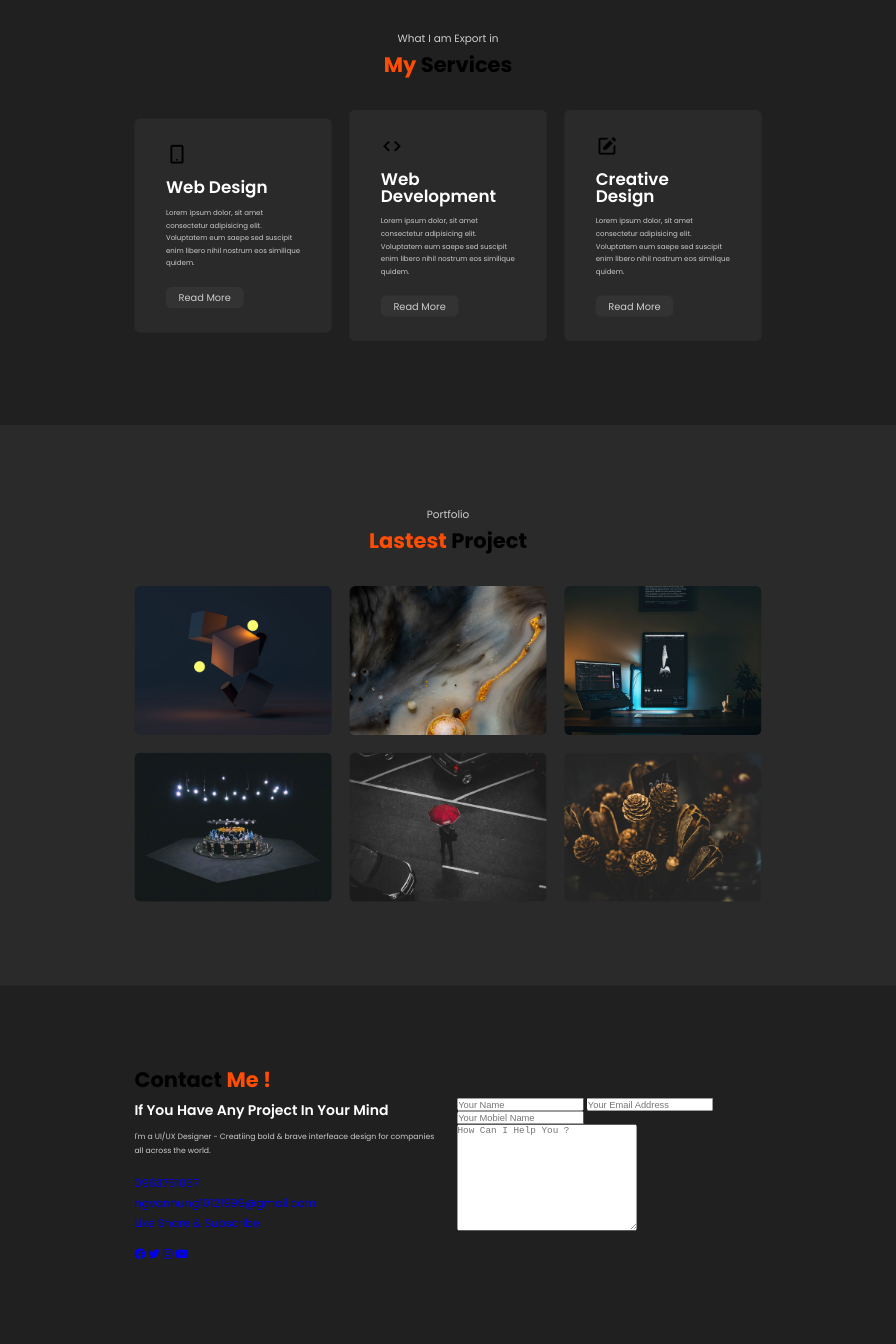
Repository: HungNg99/Protifolio2
Page: Portfolio/index.html
The author's editor kept a copy of each file at every save. The page is drawn from the files as they stood at one save, then again after the next save.
The browser window is 1280 px wide. The pictures show the part of the page from y = 1703 to 3623 px (the page is 3623 px tall before and 3617 px after), at 70% of full size.

Above is the page before, as saved 2022-12-12 15:47:43.

### Portfolio/index.html
<!DOCTYPE html>
<html lang="en">

<head>
    <meta charset="UTF-8">
    <meta http-equiv="X-UA-Compatible" content="IE=edge">
    <meta name="viewport" content="width=device-width, initial-scale=1.0">
    <title>Portfolio</title>
    <link rel="stylesheet" href="./reset.css">
    <link rel="stylesheet" href="./style.css">
    <link rel="stylesheet" href="https://cdnjs.cloudflare.com/ajax/libs/font-awesome/6.2.1/css/all.min.css"
        integrity="sha512-MV7K8+y+gLIBoVD59lQIYicR65iaqukzvf/nwasF0nqhPay5w/9lJmVM2hMDcnK1OnMGCdVK+iQrJ7lzPJQd1w=="
        crossorigin="anonymous" referrerpolicy="no-referrer" />

        <link rel="stylesheet"
        href="https://unpkg.com/boxicons@latest/css/boxicons.min.css">

    <link
        href="https://fonts.googleapis.com/css2?family=Montserrat:wght@800&family=Poppins:ital,wght@0,300;0,400;0,600;0,700;1,600&family=Roboto:wght@300;500&display=swap"
        rel="stylesheet">
</head>

<body>
    <!-- header design-->
    <header>
        <a href="#" class="logo">Cod<span>e</span>r.</a>
        <ul class="nav-list">
            <li><a href="#home" class="nav-link active">
                    Home
                </a></li>
            <li><a href="#about" class="nav-link">
                    About Me
                </a></li>
            <li><a href="#services" class="nav-link">
                    Services
                </a></li>
            <li><a href="#portfolio" class="nav-link">
                    Portfolio
                </a></li>
            <li><a href="#contact" class="nav-link">
                    Contact Me
                </a></li>
        </ul>

        <div class="bx bx-menu" id="menu-icon">
        </div>
    </header>

    <!-- home section design -->
    <section class="home" id="home">
       <div class="home-text">
        <div class="slide">
            <span class="one">Hello</span>
            <span class="two">I'm</span>
        </div>
        <h1>Hung</h1>
        <h3>UI/UX <span>Designer.</span> </h3>
        <p>Lorem ipsum dolor sit amet consectetur adipisicing elit. Quidem fuga tempora reprehenderit ad distinctio commodi ullam suscipit delectus similique nemo.</p>
        <div class="button">
            <a href="#" class="btn">Say Hello</a>
            <a href="#" class="btn2"><span><i class='bx bx-play'></i>Watch My Work</span></a>
        </div>
       </div>
    </section>

    <!-- about section design -->
    <section class="about" id="about">
        <div class="about-img">
            <img src="./img/about.jpg" alt="">
        </div>
        <div class="about-text">
            <h2>About <span>Me</span></h2>
            <h4>Creative UI/UX <span>Designer!</span></h4>
            <p>Lorem ipsum dolor, sit amet consectetur adipisicing elit. Natus amet, animi voluptatem ex perferendis sed eos totam quos, quas molestiae veritatis, at eius iste aut deleniti iure pariatur aspernatur temporibus.</p>
            <a href="#" class="btn">More About</a>
        </div>
    </section>

    <!-- about section design -->
    <section class="services" id="services">
        <div class="main-text">
            <p>What I am Export in</p>
            <h2><span>My</span> Services</h2>
        </div>

        <div class="services-content">
            <div class="box">
                <div class="s-icons">
                    <i class='bx bx-mobile-alt'></i>
                </div>
                <h3>Web Design</h3>
                <p>Lorem ipsum dolor, sit amet consectetur adipisicing elit. Voluptatem eum saepe sed suscipit enim libero nihil nostrum eos similique quidem.</p>
                <a href="#" class="read">Read More</a>
            </div>
            <div class="box">
                <div class="s-icons">
                    <i class='bx bx-code'></i>
                </div>
                <h3>Web Development</h3>
                <p>Lorem ipsum dolor, sit amet consectetur adipisicing elit. Voluptatem eum saepe sed suscipit enim libero nihil nostrum eos similique quidem.</p>
                <a href="#" class="read">Read More</a>
            </div>
            <div class="box">
                <div class="s-icons">
                    <i class='bx bxs-edit'></i>
                </div>
                <h3>Creative Design</h3>
                <p>Lorem ipsum dolor, sit amet consectetur adipisicing elit. Voluptatem eum saepe sed suscipit enim libero nihil nostrum eos similique quidem.</p>
                <a href="#" class="read">Read More</a>
            </div>
        </div>
    </section>

    <!-- portfolio section design -->
    <section class="portfolio" id="portfolio">
        <div class="main-text">
            <p>Portfolio</p>
            <h2><span>Lastest</span> Project</h2>
        </div>
        <div class="portfolio-content">
            <div class="row">
                <img src="./img/portfolio1.jpg" alt="">
                <div class="layer">
                    <h5>Visual Design</h5>
                    <p>Lorem ipsum, dolor sit amet consectetur adipisicing elit. Dolore mollitia fugit impedit iure. Tempore, adipisci!</p>
                    <a href="#"><i class='bx bx-link'></i></a>
                </div>
            </div>
            <div class="row">
                <img src="./img/portfolio2.jpg" alt="">
                <div class="layer">
                    <h5>Visual Design</h5>
                    <p>Lorem ipsum, dolor sit amet consectetur adipisicing elit. Dolore mollitia fugit impedit iure. Tempore, adipisci!</p>
                    <a href="#"><i class='bx bx-link'></i></a>
                </div>
            </div>
            <div class="row">
                <img src="./img/portfolio3.jpg" alt="">
                <div class="layer">
                    <h5>Visual Design</h5>
                    <p>Lorem ipsum, dolor sit amet consectetur adipisicing elit. Dolore mollitia fugit impedit iure. Tempore, adipisci!</p>
                    <a href="#"><i class='bx bx-link'></i></a>
                </div>
            </div>
            <div class="row">
                <img src="./img/portfolio4.jpg" alt="">
                <div class="layer">
                    <h5>Visual Design</h5>
                    <p>Lorem ipsum, dolor sit amet consectetur adipisicing elit. Dolore mollitia fugit impedit iure. Tempore, adipisci!</p>
                    <a href="#"><i class='bx bx-link'></i></a>
                </div>
            </div>
            <div class="row">
                <img src="./img/portfolio5.jpg" alt="">
                <div class="layer">
                    <h5>Visual Design</h5>
                    <p>Lorem ipsum, dolor sit amet consectetur adipisicing elit. Dolore mollitia fugit impedit iure. Tempore, adipisci!</p>
                    <a href="#"><i class='bx bx-link'></i></a>
                </div>
            </div>
            <div class="row">
                <img src="./img/portfolio6.jpg" alt="">
                <div class="layer">
                    <h5>Visual Design</h5>
                    <p>Lorem ipsum, dolor sit amet consectetur adipisicing elit. Dolore mollitia fugit impedit iure. Tempore, adipisci!</p>
                    <a href="#"><i class='bx bx-link'></i></a>
                </div>
            </div>
        </div>
    </section>

    <!-- contact section design -->
    <section class="contact" id="contact">
        <div class="contact-text">
            <h2>Contact <span>Me !</span> </h2>
            <h4>If You Have Any Project In Your Mind</h4>
            <p>I'm a UI/UX Designer - Creatiing bold & brave interfeace design for companies all across the world.</p>
            <div class="list">
                <li><a href="#">0963751057</a></li>
                <li><a href="#">ngvanhung10121999@gmail.com</a></li>
                <li><a href="#">Like Share & Subscribe</a></li>
            </div>

            <div class="contact-icons">
                <a href="#"><i class="fa-brands fa-facebook"></i></a>
                <a href="#"><i class="fa-brands fa-twitter"></i></a>
                <a href="#"><i class="fa-brands fa-instagram"></i></a>
                <a href="#"><i class="fa-brands fa-youtube"></i></a>
            </div>
        </div>

            <div class="contact-form">
                <form action="">
                    <input type="name" placeholder="Your Name">
                    <input type="email" placeholder="Your Email Address">
                    <input type="number" placeholder="Your Mobiel Name">
                    <textarea name="" id="" cols="30" rows="10" placeholder="How Can I Help You ?"></textarea>
                </form>
            </div>
        </div>

    </section>
    <script src="./scripts.js"></script>
</body>

</html>

### Portfolio/reset.css
html {
    box-sizing: border-box;
  }
  * {
    margin: 0;
    padding: 0;
  }
  *,
  *:before,
  *:after {
    box-sizing: border-box;
  }
  input,
  textarea,
  select,
  button {
    outline: none;
  }
  input {
    line-height: normal;
  }
  label,
  button {
    cursor: pointer;
  }
  a {
    text-decoration: none;
  }
  img {
    display: block;
    max-width: 100%;
  }
  *,
  *:before,
  *:after {
    box-sizing: border-box;
  }
  /* using rem unit */
  html {
    font-size: 62.5%;
  }
  a {
    text-decoration: none;
  }
  img {
    display: block;
    max-width: 100%;
  }
  body {
    font-family: "Poppins", sans-serif;
    font-size: 16px;
    line-height: 1;
    list-style: none;
    scroll-behavior: smooth;
    /* height: 200vh; */
  }

### Portfolio/style.css
body{
    background-color: var(--bg-color);
}
:root {
    --bg-color: #2a2a2a;
    --second-bg-color: #202020;
    --text-color: #fff;
    --second-color: #ccc;
    --main-color: #ff4d05;
    --big-font: 5rem;
    --h2-font: 3rem;
    --p-font: 1.1rem;
}

header {
    position: fixed;
    width: 100%;
    top: 0;
    right: 0;
    z-index: 1000;
    background: transparent;
    padding: 22px 15%;
    border-bottom: 1px solid transparent;
    transition: all 0.45s ease;
    display: flex;
    justify-content: space-between;
    align-items: center;
}

.logo {
    color: var(--text-color);
    font-size: 35px;
    font-weight: 700;
    letter-spacing: 1px;
}

span {
    color: var(--main-color);
}

.nav-list {
    display: flex;
    list-style: none;
}

.nav-list .nav-link {
    color: var(--second-color);
    margin: 0 15px;
    font-size: 17px;
    font-weight: 500;
    transition: all 0.45s ease;
}

.nav-list .nav-link:hover {
    color: var(--main-color);
}

.nav-list .nav-link.active {
    color: var(--main-color);
}

#menu-icon {
    color: var(--text-color);
    font-size: 35px;
    z-index: 10001;
    cursor: pointer;
    margin-left: 25px;
    display: none;

}

section {
    padding: 120px 15% 120px;
}

.home {
    position: relative;
    background-image: url(./img/background.jpg);
    background-repeat: no-repeat;
    background-position: center;
    background-size: cover;
    height: 120vh;
    width: 100%;
    display: flex;
    align-items: center;
    justify-content: flex-start;
}

.slide {
    margin-bottom: 30px;
}

.one {
    display: inline-block;
    margin-right: 15px;
    height: 32px;
    padding: 0 15px;
    line-height: 32px;
    font-size: 20px;
    font-weight: 500;
    border-radius: 5px;
    background-color: var(--main-color);
    color: var(--text-color);
}

.two {
    display: inline-block;
    color: var(--second-color);
    font-size: 20px;
    font-weight: 500;
}
.home-text h1 {
    font-size: var(--big-font);
    font-weight: 700;
    color: var(--text-color);
    line-height:1.1;
    margin: 0 0 8px;
}
.home-text h3{
    color: var(--text-color);
    margin: 0 0 35px;
    font-size: 3rem;
    font-weight: 700;
    line-height:1.1;
}
.home-text p{
    color: var(--text-color);
    font-size: var(--p-font);
    line-height:1.8;
    margin-bottom: 40px;
}
.button{
    display:flex;
    align-items: center;
    justify-content: flex-start;
}
.btn{
    display: inline-block;
    padding: 12px 28px;
    background: var(--main-color);
    border-radius: 5px;
    color: var(--text-color);
    font-size:1rem;
    letter-spacing: 1px;
    font-weight: 600;
    transition: all 0.45s ease;
}
.btn:hover{
    transform: scale(1.1);
}
.btn2{
    display: inline-flex;
    align-items: center;
    justify-content: center;
    font-size: 15px;
    font-weight:600;
    color: var(--text-color);
    margin-left: 35px;
}
.btn2 span{
    display: inline-flex;
    align-items: center;
    justify-content: center;
}
.btn2 span i{
    margin-right: 12px;
    height: 50px;
    width: 50px;
    border-radius: 50%;
    display: flex;
    align-items: center;
    justify-content: center;
    transition: all 0.45s ease;
    background-color: var(--main-color);
    color: var(--text-color);
}
.btn2 span i:hover{
    transform: scale(1.1);
}
header.sticky{
    background-color: var(--bg-color);
    border-bottom: 1px solid #ffffff1a;
    padding: 12px 15%;
}

.about{
    display: grid;
    grid-template-columns: repeat(2,1fr);
    align-items: center;
    gap: 8rem;
}


.about-img img{
  max-width: 530px;
  height: auto;
  width: 100%;
  border-radius: 8px;
}
.about-text span {
    color: var(--main-color);
}
.about-text h2{
  font-size: var(--h2-font);
  line-height:1;
  color: var(--text-color);
}
.about-text h4{
   font-size: 24px;
   font-weight:600;
   color: var(--text-color);
   line-height:1;
   margin: 15px 0px 30px;
}
.about-text p {
   color: var(--second-color);
   font-size: var(--p-font);
   line-height:1.8;
   margin-bottom: 4rem;
}
.services{

    background-color: var(--second-bg-color);
}
.main-text{
    text-align: center;
}
.main-text p{
    color: var(--second-color);
    font-size: 15px;
    margin-bottom: 15px;
}
.main-text h2{
    font-size:var(--h2-font);
    line-height:1;
}
.services-content{
    display: grid;
    grid-template-columns: repeat(3,1fr);
    align-items: center;
    gap: 2.5rem;
    margin-top: 5rem;
}
.box{
    background-color: var(--bg-color);
    border-radius:8px;
    padding: 35px 45px;
    transition: all 0.45s ease;
}
.s-icons i{
    font-size:32px;
    margin-bottom: 20px;
}
.box h3{
    font-size:24px;
    font-weight:600;
    color: var(--text-color);
    margin-bottom: 15px;
}
.box p{
    font-size:1rem;
    line-height:1.8;
    color: var(--second-color);
    margin-bottom: 25px;
}
.read{
    display: inline-block;
    padding: 8px 18px;
    background: #333333;
    color: var(--second-color);
    font-size:14px;
    font-weight:500;
    border-radius:8px;
    transition: all 0.45s ease;
}
.read:hover{
    letter-spacing: 1px;
    background-color: #ffffff99;
    color: var(--text-color);
}
.box:hover{
    transform: translateY(-8px);
    cursor: pointer;
}
.portfolio-content{
    display: grid;
    grid-template-columns: repeat(3,1fr);
    gap: 2.5rem;
    margin-top: 5rem;
    align-items: center;
}
.row{
    position: relative;
    overflow: hidden;
    border-radius: 8px;
    cursor: pointer;
}
.row img{
    width: 100%;
    border-radius: 8px;
    display: block;
    transition: transform 0.45s;
}
.layer{
    width: 100%;
    /* heigh = 0 khi chưa hover */
    height: 0;
    background: linear-gradient(rgba(0,0,0,0.1),#ff004f);
    position: absolute;
    border-radius: 8px;
    left: 0;
    bottom: 0;
    overflow: hidden;
    display: flex;
    flex-direction: column;
    align-items: center;
    justify-content:center;
    text-align: center;
    padding: 0px 40px;
    transition: height 0.45s;
}
.layer h5{
    font-size: 20px;
    font-weight:600;
    margin-bottom: 15px;
    color: var(--text-color);
}
.layer p{
    color: var(--second-color);
    font-size:1rem;
    line-height:1.8;
}
.layer i{
    color: var(--main-color);
    margin-top: 20px;
    background-color: var(--text-color);
    display:flex;
    justify-content: center;
    align-items: center;
    width: 60px;
    height: 60px;
    border-radius: 50%;
}
.row:hover img{
    transform: scale(1.1);
}
.row:hover .layer{
    height: 100%;
}
.contact{
    display: grid;
    grid-template-columns: repeat(2,1fr);
    align-items: center;
    gap:2.5rem;
    background-color: var(--second-bg-color);
}
.contact-text h4{
    color: var(--text-color);
    margin: 18px 0;
    font-size: 20px;
    font-weight: 600;
}
.contact-text h2{
    font-size: var(--h2-font);
    line-height:1;
}
.contact-text p{
    color: var(--second-color);
    font-size: var(--p-font);
    line-height:1.8;
    margin-bottom: 30px;
}
.list{
    margin-bottom: 2.8rem;
}
.list li{
    margin-bottom: 12px;
}

Loaded but not shown: Portfolio/scripts.js (no copy from this time; the picture is the same without it)

After the next save:
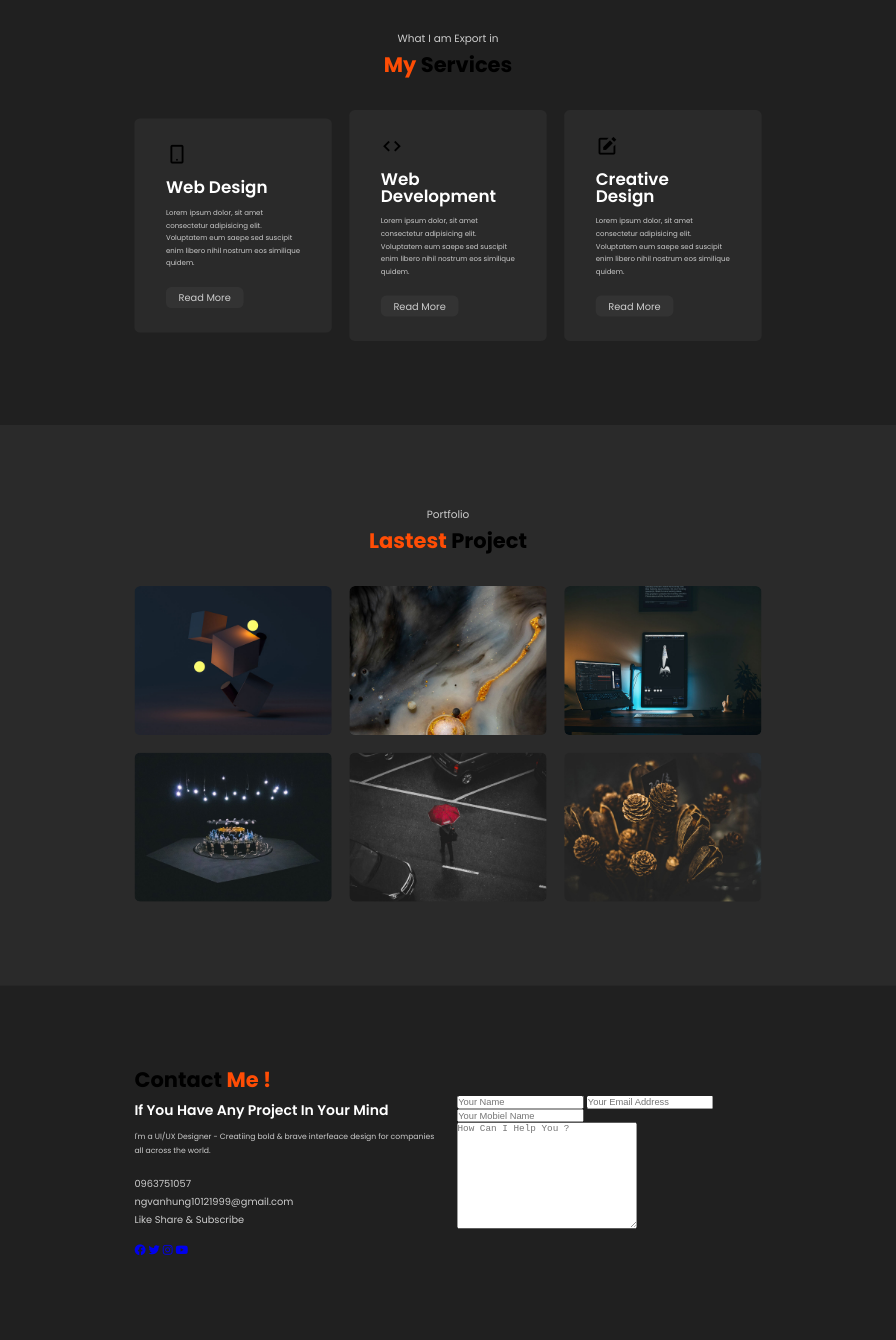
Saved 119 s later.
--- a/Portfolio/style.css
+++ b/Portfolio/style.css
@@ -376,3 +376,13 @@ header.sticky{
 .list li{
     margin-bottom: 12px;
 }
+.list li a{
+    display: block;
+    color: var(--second-color);
+    font-size: 14px;
+    transition: all 0.45s ease;
+}
+.list li a:hover{
+    color: var(--text-color);
+    transform: translateX(5px);
+}
